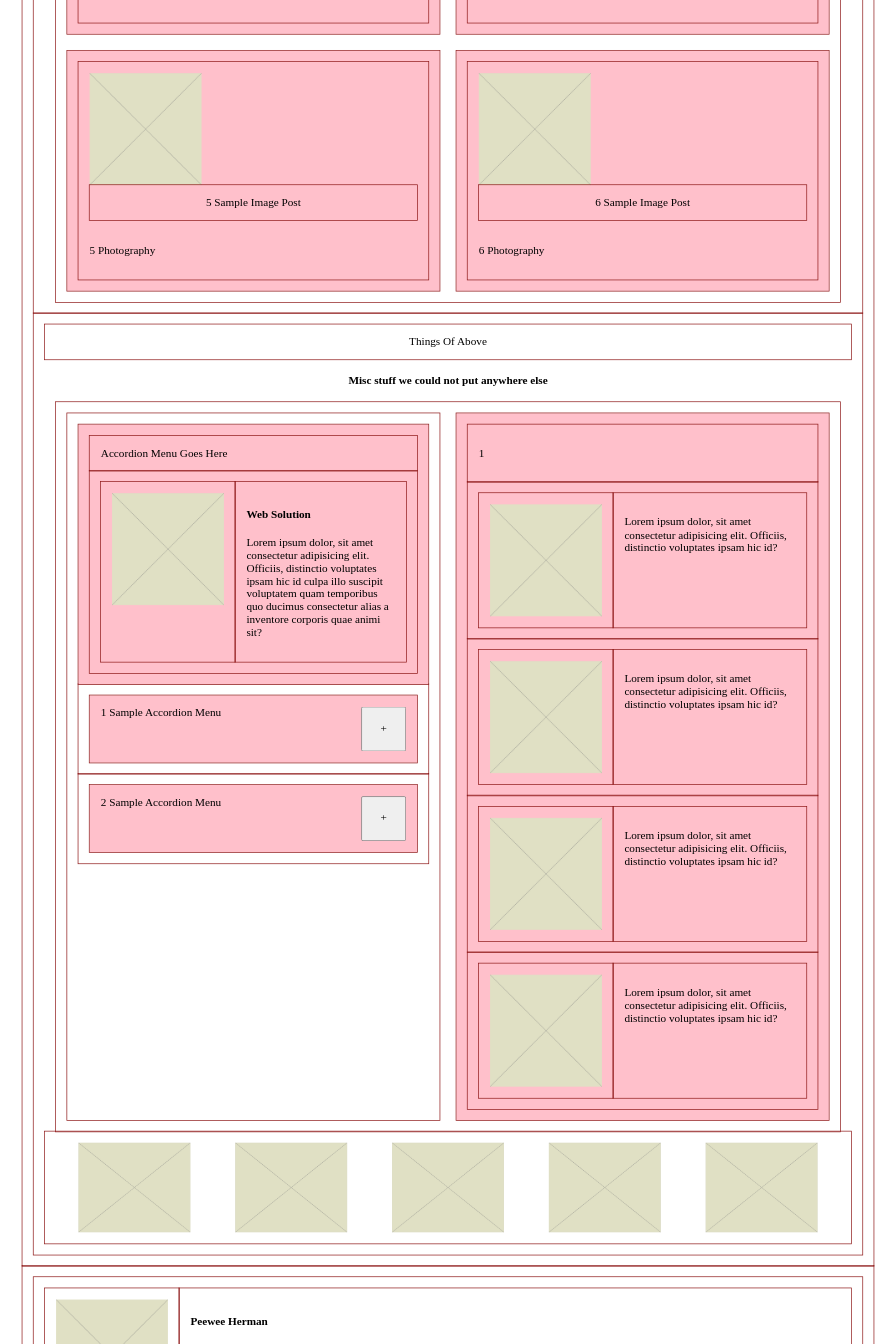
Repository: kionale/Project1_Lab3_ResponsiveLayout
Page: index.html
These files come from the project's save history. The page is drawn as it stood at one moment and after a run of saves; the edit follows.
The browser window is 1280 px wide. The pictures show the part of the page from y = 3329 to 5249 px (the page is 6789 px tall), at 70% of full size.

Above is the page before, as saved 2023-01-31 17:08:56.

### index.html
<!doctype html>
<html class="no-js" lang="">

<head>
  <meta charset="utf-8">
  <title></title>
  <meta name="description" content="">
  <meta name="viewport" content="width=device-width, initial-scale=1">

  <meta property="og:title" content="">
  <meta property="og:type" content="">
  <meta property="og:url" content="">
  <meta property="og:image" content="">

  <link rel="manifest" href="site.webmanifest">
  <link rel="apple-touch-icon" href="icon.png">
  <!-- Place favicon.ico in the root directory -->

  <link rel="stylesheet" href="css/normalize.css">
  <link rel="stylesheet" href="css/main.css">

  <meta name="theme-color" content="#fafafa">
</head>


<body class="page page-home">
  <header class="header page__header">
    <div class="row">
      <h1>Metrolics</h1>
      <a href=""><img src="img/placeholder.png"></a>
      <nav class="navbar-links">
        <ul>
          <a href="#">
            <li>Home</li>
          </a>
          <a href="">
            <li>Home</li>
          </a>
          <a href="">
            <li>Pages</li>
          </a>
          <a href="">
            <li>Blog</li>
          </a>
          <a href="">
            <li>Portfolio</li>
          </a>
          <a href="">
            <li>Home</li>
          </a>
        </ul>
      </nav>
    </div>

  </header>

  <div class="page__slider">
    <div class="row slides">
      <img src="img/placeholder.png" alt="">
    </div>
  </div>
  </div>

  <div class="page__intro">
    <h1 class="header page__heading">
      Hey guys! This is the <span>Metrolics</span> theme.<br>
      It sports a responsive layout with a mobile layout.
    </h1>
    <div class="subheading page_subheading">
      <h3>
        Things That We do
      </h3>
      <h5>Ask us what we can do for you</h5>

    </div>
    <div class="feature__service">
      <div class="row m-col-2 l-col-4">
        <div class="col">
          <img class="feature__servic__images" src="img/placeholder.png" alt="">
          <h4 class="heading feature__servic__title">Web Solution</h4>
          <p class="feature__servic__content">
            bbbhhha
          </p>
        </div>
        <div class="col">
          <img class="feature__servic__images" src="img/placeholder.png" alt="">
          <h4 class="heading feature__servic__title"></h4>
          <p class="feature__servic__content">
            bbbhhha
          </p>
        </div>
        <div class="col">
          <img class="feature__servic__images" src="img/placeholder.png" alt="">
          <h4 class="heading feature__servic__title"></h4>
          <p class="feature__servic__content">
            bbbhhha
          </p>
        </div>
        <div class="col">
          <img class="feature__servic__images" src="img/placeholder.png" alt="">
          <h4 class="heading feature__servic__title"></h4>
          <p class="feature__servic__content">
            bbbhhha
          </p>
        </div>


      </div>
    </div>
  </div>

  <!-- Main content starts here -->
  <main class="page__main">
    <section class="recent__work">
      <header class="header post__header">What's up lately?</header>
      <h4 class="subheading">Read up on our latest work</h4>
      <div class="row m-col-2 l-col-3">
        <div class="col">
          <div>
            <img src="img/placeholder.png" alt="">
            <header class="header recent__work__title">Sample image post</header><br>
            <p>Photography</p>
          </div>
        </div>
        <div class="col">
          <div>
            <img src="img/placeholder.png" alt="">
            <header class="header recent__work__title">Sample image post</header><br>
            <p>Photography</p>
          </div>
        </div>
        <div class="col">
          <div>
            <img src="" alt="">
            <header class="header recent__work__title">Sample image post</header><br>
            <p>Photography</p>
          </div>
        </div>
        <div class="col">
          <div>
            <img src="img/placeholder.png" alt="">
            <header class="header recent__work__title">Sample image post</header><br>
            <p>Photography</p>
          </div>
        </div>
      </div>
    </section>
    <!-- Our Latest Projests -->
    <section class="latest__projects">
      <header class="header latest__projects__header">Our Latest Projects</header>
      <h4 class="subheading">Client happy? We are happy</h4>
      <div class="row m-col-2 l-col-3">
        <div class="col">
          <div>
            <img src="img/placeholder.png" alt="">
            <header class="header latest__project__image">1 Sample image post</header><br>
            <p>1 Photography</p>
          </div>
        </div>
        <div class="col">
          <div>
            <img src="img/placeholder.png" alt="">
            <header class="header latest__project__image">2 Sample image post</header><br>
            <p>2 Photography</p>
          </div>
        </div>
        <div class="col">
          <div>
            <img src="img/placeholder.png" alt="">
            <header class="header latest__project__image">3 Sample image post</header><br>
            <p>3 Photography</p>
          </div>
        </div>
        <div class="col">
          <div>
            <img src="img/placeholder.png" alt="">
            <header class="header latest__project__image">4 Sample image post</header><br>
            <p>4 Photography</p>
          </div>
        </div>
        <div class="col">
          <div>
            <img src="img/placeholder.png" alt="">
            <header class="header latest__project__image">5 Sample image post</header><br>
            <p>5 Photography</p>
          </div>
        </div>
        <div class="col">
          <div>
            <img src="img/placeholder.png" alt="">
            <header class="header latest__project__image">6 Sample image post</header><br>
            <p>6 Photography</p>
          </div>
        </div>
      </div>
    </section>
    <!--Things of Above-->
    <section class="things__of__above">
      <header class="header things__header">Things of above</header>
      <h4 class="subheading">Misc stuff we could not put anywhere else</h4>
      <div class="row m-col-2 l-col-3">
        <div>
          <div class="col">
            <div class="sample__menu things_above_image">Accordion Menu Goes Here
            </div>
            <div class="web__solution">
              <div>
                <img src="img/placeholder.png" alt="">
              </div>
              <div>
                <h4>Web Solution</h4>
                <p>Lorem ipsum dolor, sit amet consectetur adipisicing elit. Officiis, distinctio voluptates ipsam hic
                  id
                  culpa illo suscipit voluptatem quam temporibus quo ducimus consectetur alias a inventore corporis quae
                  animi sit?</p>
              </div>
            </div>
          </div>
          <div class="menu__button">
            <div class="col_two sample__menu things__above__image">1 Sample Accordion Menu
              <button>+</button>
            </div>
          </div>
          <div class="menu__button">
            <div class="col_two sample__menu things__above__image">2 Sample Accordion Menu
              <button>+</button>
            </div>
          </div>
        </div>
        <div class="col">
          <div class="tab__buttons">
           <p>1</p>
          </div>
          <div class="tab__information">
            <div>
              <img src="img/placeholder.png" alt="">
            </div>
            <div>
              <p>Lorem ipsum dolor, sit amet consectetur adipisicing elit. Officiis, distinctio voluptates ipsam hic
                id?</p>
            </div>
          </div>
          <div class="tab__information">
            <div>
              <img src="img/placeholder.png" alt="">
            </div>
            <div>
              <p>Lorem ipsum dolor, sit amet consectetur adipisicing elit. Officiis, distinctio voluptates ipsam hic
                id?</p>
            </div>
          </div>
          <div class="tab__information">
            <div>
              <img src="img/placeholder.png" alt="">
            </div>
            <div>
              <p>Lorem ipsum dolor, sit amet consectetur adipisicing elit. Officiis, distinctio voluptates ipsam hic
                id?</p>
            </div>
          </div>
          <div class="tab__information">
            <div>
              <img src="img/placeholder.png" alt="">
            </div>
            <div>
              <p>Lorem ipsum dolor, sit amet consectetur adipisicing elit. Officiis, distinctio voluptates ipsam hic
                id?</p>
            </div>
          </div>
        </div>
      </div>
      <!--Sponsors-->
      <div class="sponsors">
        <img src="img/placeholder.png" alt="" class="sponsors__icon">
        <img src="img/placeholder.png" alt="" class="sponsors__icon">
        <img src="img/placeholder.png" alt="" class="sponsors__icon">
        <img src="img/placeholder.png" alt="" class="sponsors__icon">
        <img src="img/placeholder.png" alt="" class="sponsors__icon">

    </section>
  </main>
  <!--Footer-->
  <footer>
    <div class="web__author">
      <div>
        <img src="img/placeholder.png" alt="">
      </div>
      <div>
        <h4>Peewee Herman</h4>
        <p>Lorem ipsum dolor, sit amet consectetur adipisicing elit. Officiis, distinctio voluptates ipsam hic
          id
          culpa illo suscipit voluptatem quam temporibus quo ducimus consectetur alias a inventore corporis quae
          animi sit?</p>
      </div>
    </div>
    <div class="footer__extras">
      <div>
        <div>
          <h4>About Us</h4>
          <p>Lorem ipsum dolor, sit amet consectetur adipisicing elit. Officiis, distinctio voluptates ipsam hic
            id
            culpa illo suscipit voluptatem quam temporibus quo ducimus consectetur alias a inventore corporis quae
            animi sit?</p>
        </div>
        <div class="social__link">
          <a href="" class="social__icon">
            <li>Facebook</li>
          </a>
          <a href="" class="social__icon">
            <li>Google</li>
          </a>
          <a href="" class="social__icon">
            <li>Twitter</li>
          </a>
          <a href="" class="social__icon">
            <li>Instagram</li>
          </a>
          <a href="" class="social__icon">
            <li>Volume</li>
          </a>
        </div>
      </div>

      <div>
        <h4>Flickr Photos</h4>
        <img src="img/placeholder.png" alt="">
        <img src="img/placeholder.png" alt="">
        <img src="img/placeholder.png" alt="">
        <img src="img/placeholder.png" alt="">
        <img src="img/placeholder.png" alt="">
        <img src="img/placeholder.png" alt="">
      </div>
      <div>
        <h4>Recent Tweets</h4>
        <div class="recent__tweets">
          <div>
            <img src="img/placeholder.png" alt="">
          </div>
          <div>
            <h4>Peewee Herman</h4>
            <p>Lorem ipsum dolor, sit amet consectetur adipisicing elit. Officiis, distinctio voluptates ipsam hic
              id
              culpa illo suscipit voluptatem quam temporibus quo ducimus consectetur alias a inventore corporis quae
              animi sit?</p>
          </div>
        </div>
        <div class="recent__tweets">
          <div>
            <img src="img/placeholder.png" alt="">
          </div>
          <div>
            <h4>Peewee Herman</h4>
            <p>Lorem ipsum dolor, sit amet consectetur adipisicing elit. Officiis, distinctio voluptates ipsam hic
              id
              culpa illo suscipit voluptatem quam temporibus quo ducimus consectetur alias a inventore corporis quae
              animi sit?</p>
          </div>
        </div>
      </div>
      <div>
        <h4>Newsletter</h4>
        <p>Lorem ipsum dolor, sit amet consectetur adipisicing elit. Officiis, distinctio voluptates ipsam hic
          id
          culpa illo suscipit voluptatem quam temporibus quo ducimus consectetur alias a inventore corporis quae
          animi sit?</p>
        <div class="col_two sample__menu things__above__image">Enter your email...
          <button>+</button>
        </div>
      </div>
    </div>
  </footer>


  <script src="js/vendor/modernizr-3.11.2.min.js"></script>
  <script src="js/plugins.js"></script>
  <script src="js/main.js"></script>

  <!-- Google Analytics: change UA-XXXXX-Y to be your site's ID. -->
  <script>
    window.ga = function () { ga.q.push(arguments) }; ga.q = []; ga.l = +new Date;
    ga('create', 'UA-XXXXX-Y', 'auto'); ga('set', 'anonymizeIp', true); ga('set', 'transport', 'beacon'); ga('send', 'pageview')
  </script>
  <script src="https://www.google-analytics.com/analytics.js" async></script>
</body>

</html>

### css/main.css
::-moz-selection {
  background: #b3d4fc;
  text-shadow: none;
}

::selection {
  background: #b3d4fc;
  text-shadow: none;
}

/*
 * A better looking default horizontal rule
 */

hr {
  display: block;
  height: 1px;
  border: 0;
  border-top: 1px solid #ccc;
  margin: 1em 0;
  padding: 0;
}

audio,
canvas,
iframe,
img,
svg,
video {
  vertical-align: middle;
}

/*
 * Remove default fieldset styles.
 */

fieldset {
  border: 0;
  margin: 0;
  padding: 0;
}

/*
 * Allow only vertical resizing of textareas.
 */

textarea {
  resize: vertical;
}

*,
*::before,
*::after {
  box-sizing: border-box;
}

div,
main,
section,
header,
footer {
  outline: 1px solid rgb(142, 24, 24);
  min-height: 1rem;
  padding: 1rem;
}

.page {
  margin: 0 auto;
  padding: 2rem;
}

.header {
  text-transform: capitalize;
  text-align: center;
}

.subheading {
  text-align: center;
}

ul,
li {
  padding: 0;
  margin: 0;
  list-style: none;
}

.row {
  display: grid;
  row-gap: 1rem;
}

.row_two {
  display: grid;
  row-gap: 1rem;
}

.col {
  position: relative;
  background-color: pink;
}

.col_two {
  background-color: pink;
  height: 6rem;
}

button {
  height: 4rem;
  width: 4rem;
}

/* medium screens and up  */
@media screen and (min-width: 40em) {
  .row {
    max-width: 70rem;
    column-gap: 1.5rem;
    row-gap: 1.5rem;
    margin: 0 auto;
  }



  .m-col-2 {
    grid-template-columns: 1fr 1fr;
  }

  .l-col-3 {
    grid-template-columns: (3, 1fr);
  }

}


.examples {
  display: flex;
  justify-content: space-around;
}

.sample__menu {
  display: flex;
  justify-content: space-between;
}

.web__solution {
  display: flex;
}

.web__author {
  display: flex;
}

.recent__tweets {
  display: flex;
}


.tab__information {
  display: flex;
}

.sponsors {
  display: flex;
  justify-content: space-around;
  height: 10rem;
}

.sponsors__icon {
  background-color: lightgray;
}

.social__link {
  display: flex;
}

.social__icon {
  margin: 0.5rem;
}

.footer__extras {
  display: flex;
  flex-direction: row;
}

img{
  width: 10rem;
}

### js/plugins.js
// Avoid `console` errors in browsers that lack a console.
(function() {
  var method;
  var noop = function () {};
  var methods = [
    'assert', 'clear', 'count', 'debug', 'dir', 'dirxml', 'error',
    'exception', 'group', 'groupCollapsed', 'groupEnd', 'info', 'log',
    'markTimeline', 'profile', 'profileEnd', 'table', 'time', 'timeEnd',
    'timeline', 'timelineEnd', 'timeStamp', 'trace', 'warn'
  ];
  var length = methods.length;
  var console = (window.console = window.console || {});

  while (length--) {
    method = methods[length];

    // Only stub undefined methods.
    if (!console[method]) {
      console[method] = noop;
    }
  }
}());

// Place any jQuery/helper plugins in here.

Loaded but not shown: css/normalize.css (library); js/vendor/modernizr-3.11.2.min.js (library); js/main.js (no stored copy; drawn as an empty file)

After the next 2 saves:
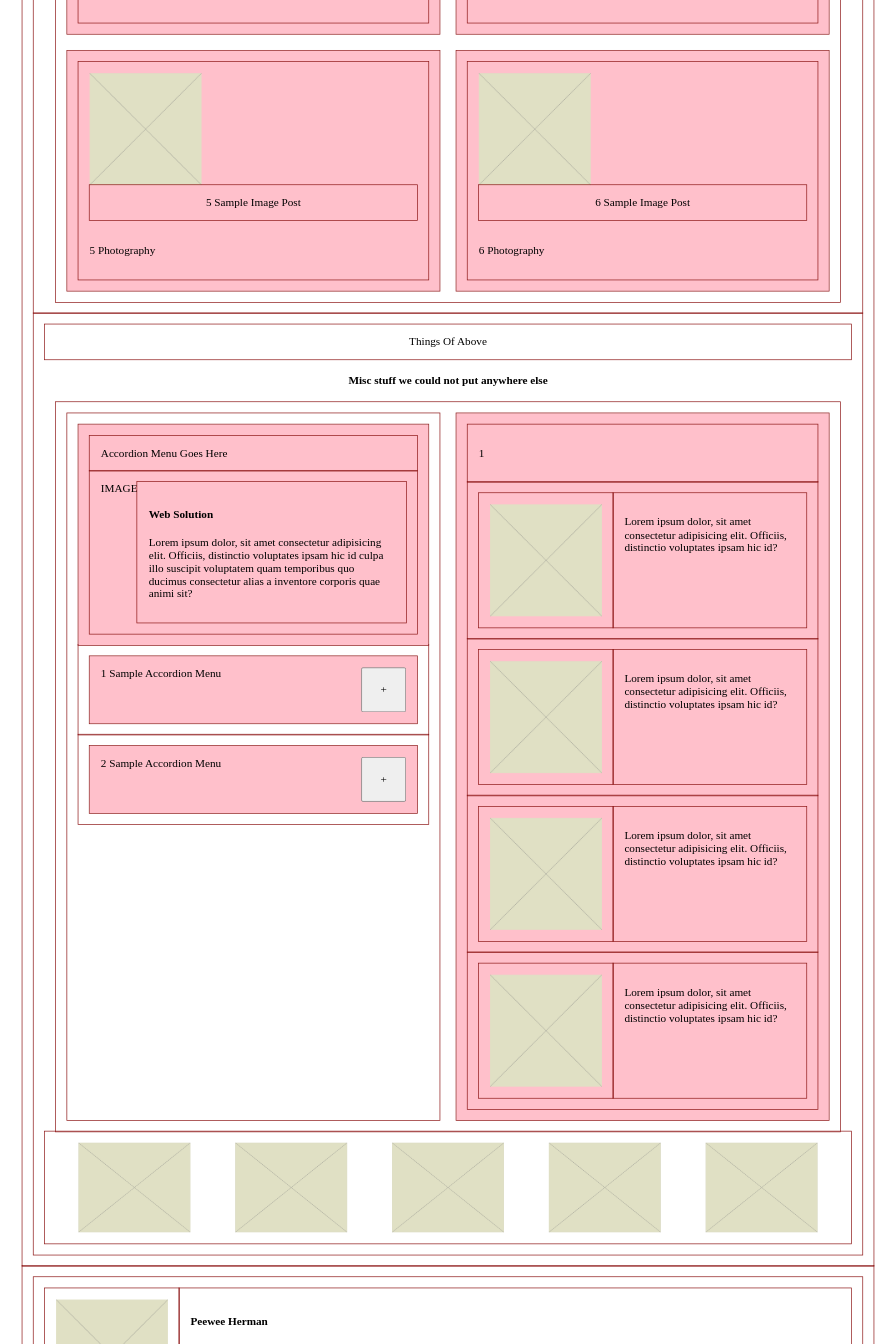
The 2 saves are shown as one change because they came seconds apart.
The last was saved 34 s later.
--- a/index.html
+++ b/index.html
@@ -204,9 +204,7 @@
             <div class="sample__menu things_above_image">Accordion Menu Goes Here
             </div>
             <div class="web__solution">
-              <div>
-                <img src="img/placeholder.png" alt="">
-              </div>
+              IMAGE
               <div>
                 <h4>Web Solution</h4>
                 <p>Lorem ipsum dolor, sit amet consectetur adipisicing elit. Officiis, distinctio voluptates ipsam hic
